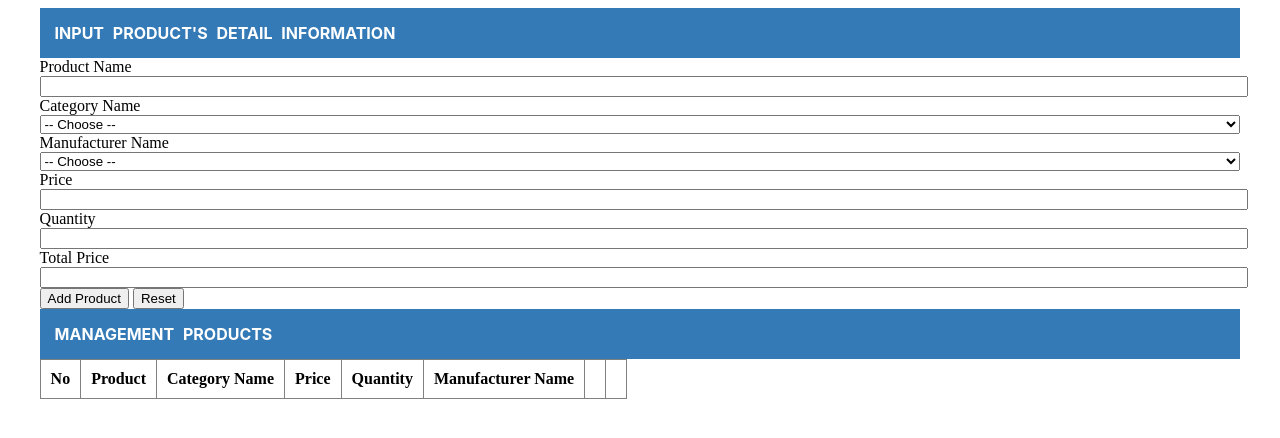
Repository: AnhDuc0125/HTML-Aptech
Page: bt2019/index.html
These files come from the project's save history. The page is drawn as it stood at one moment and after the next save; the edit follows.
The browser window is 1280 px wide. The pictures show the whole page.

Above is the page before, as saved 2021-12-02 21:00:10.

After the next save:
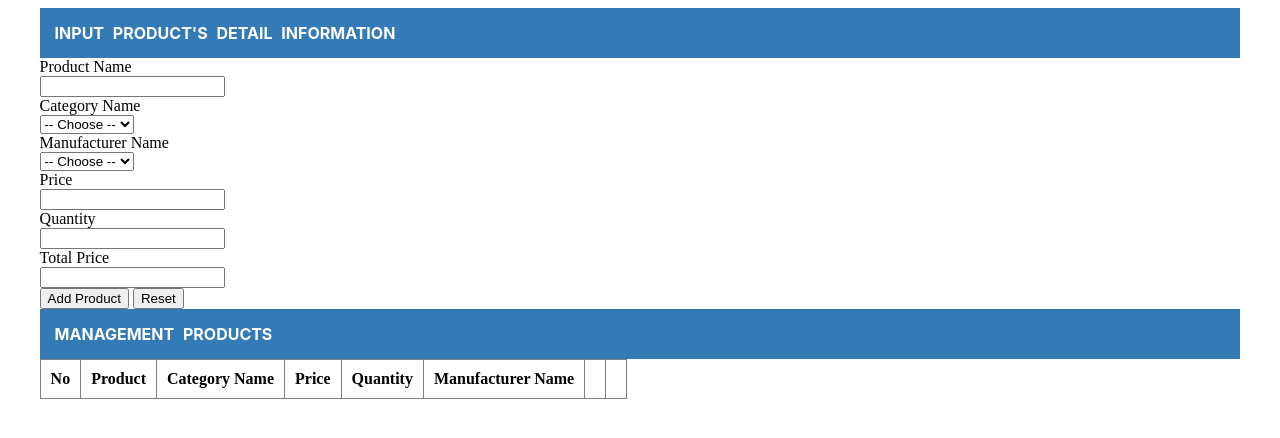
Saved 29 s later.
--- a/bt2019/index.html
+++ b/bt2019/index.html
@@ -23,7 +23,7 @@
 
         .form-control label, .form-control select, .form-control input{
             display: block;
-            min-width: 100%;
+            max-width: 100%;
         }
     </style>
 </head>

After the save that followed:
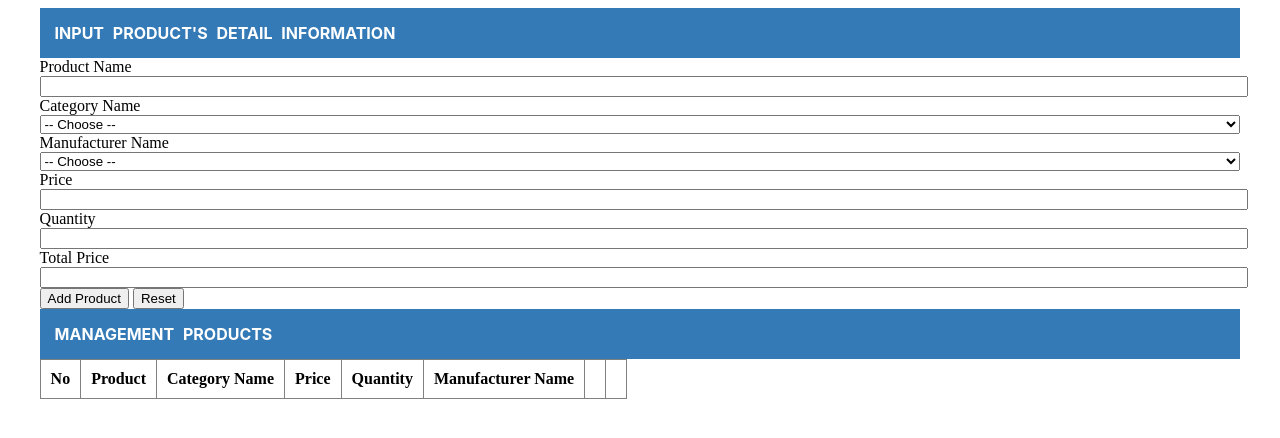
Saved 6 s later.
--- a/bt2019/index.html
+++ b/bt2019/index.html
@@ -23,7 +23,7 @@
 
         .form-control label, .form-control select, .form-control input{
             display: block;
-            max-width: 100%;
+            width: 100%;
         }
     </style>
 </head>
